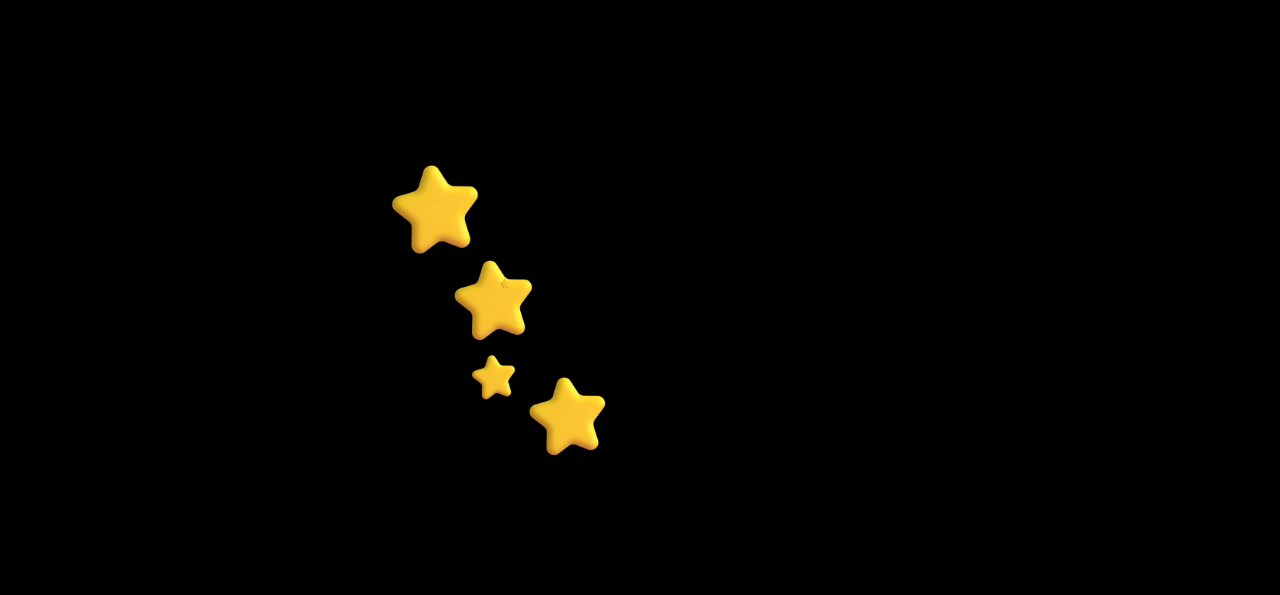
Repository: heartbreathing/Star-game
Page: index.html
The author's editor kept a copy of each file at every save. The page is drawn from the files as they stood at one save, then again after a run of saves.
The browser window is 1280 px wide. The pictures show the whole page.

Above is the page before, as saved 2022-10-28 23:22:25.

### index.html
<!DOCTYPE html>
<html lang="en">
  <head>
    <meta charset="UTF-8" />
    <meta http-equiv="X-UA-Compatible" content="IE=edge" />
    <meta name="viewport" content="width=device-width, initial-scale=1.0" />
    <title>Document</title>
    <style>
      body {
        background-color: black;
      }
    </style>
  </head>
  <body>
    <script>
      function star() {
        let timer = setInterval(function () {
          var obj = document.createElement('img');
          var wid = Math.floor(Math.random() * 100 + 10);
          obj.width = wid;
          var x = Math.floor(Math.random() * 500 + 100);
          var y = Math.floor(Math.random() * 300 + 100);
          obj.style.position = 'absolute';
          obj.style.top = y + 'px';
          obj.style.left = x + 'px';
          obj.src = './image/star.png';
          document.body.appendChild(obj);
          obj.addEventListener('click', function () {
            // this.parentNode.removeChild(this);
            this.remove(this);
          });
        }, 1000);
      }
      star();
    </script>
  </body>
</html>

After the next 2 saves:
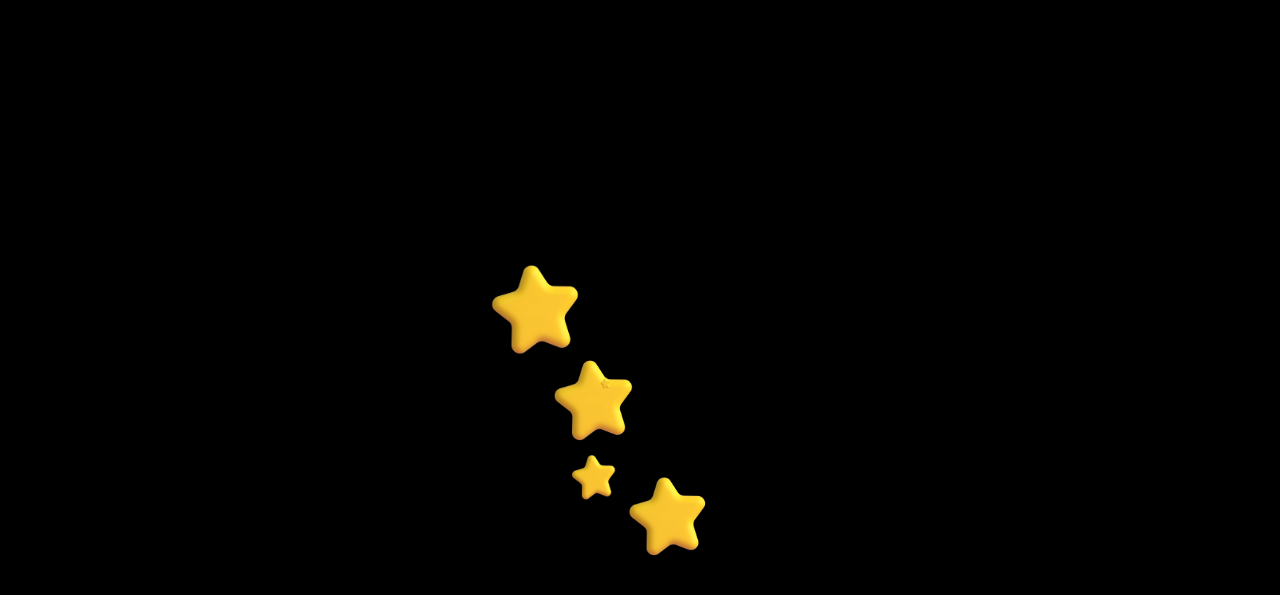
The 2 saves are shown as one change because they came seconds apart.
The last was saved 13 h 8 min later.
--- a/index.html
+++ b/index.html
@@ -18,8 +18,8 @@
           var obj = document.createElement('img');
           var wid = Math.floor(Math.random() * 100 + 10);
           obj.width = wid;
-          var x = Math.floor(Math.random() * 500 + 100);
-          var y = Math.floor(Math.random() * 300 + 100);
+          var x = Math.floor(Math.random() * 500 + 200);
+          var y = Math.floor(Math.random() * 300 + 200);
           obj.style.position = 'absolute';
           obj.style.top = y + 'px';
           obj.style.left = x + 'px';
